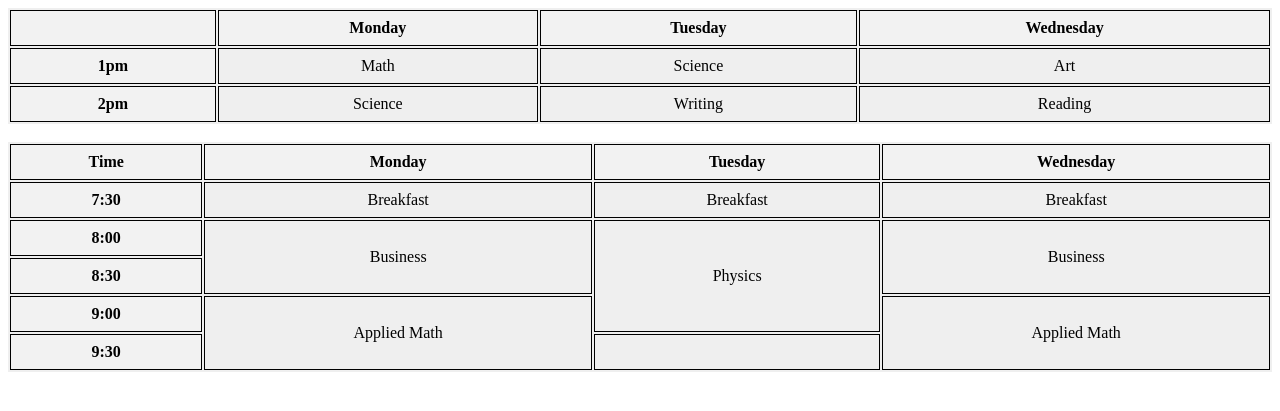
Repository: jefflai0412/website_design
Page: task1.html
An editor plug-in stored every save of this project. The page is shown before and after the next save, followed by the edit.
The browser window is 1280 px wide. The pictures show the whole page.

Above is the page before, as saved 2024-10-18 13:59:10.

After the next save:
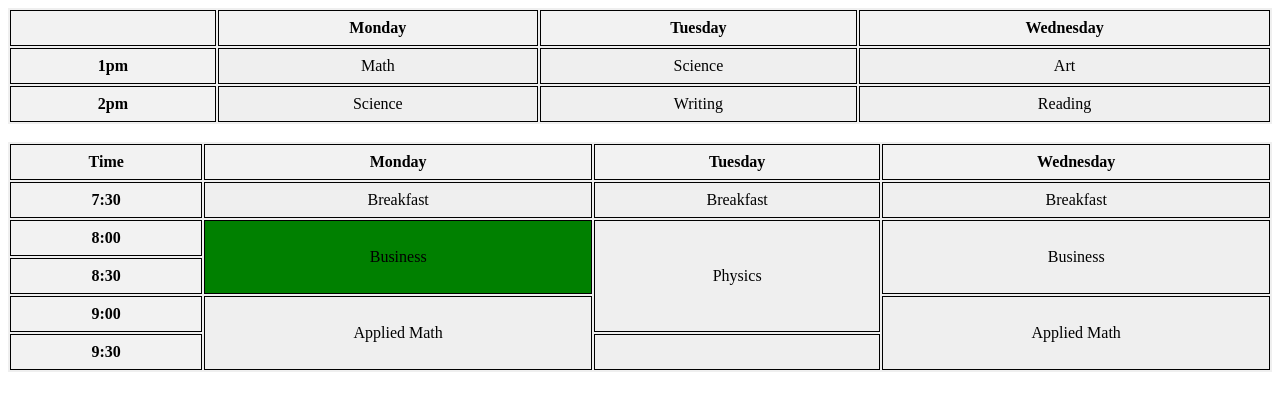
Saved 42 s later.
--- a/task1.html
+++ b/task1.html
@@ -62,7 +62,7 @@
         </tr>
         <tr>
             <th scope="row">8:00</th>
-            <td rowspan="2">Business</td>
+            <td rowspan="2" bgcolor="green">Business</td>
             <td rowspan="3">Physics</td>
             <td rowspan="2">Business</td>
         </tr>
